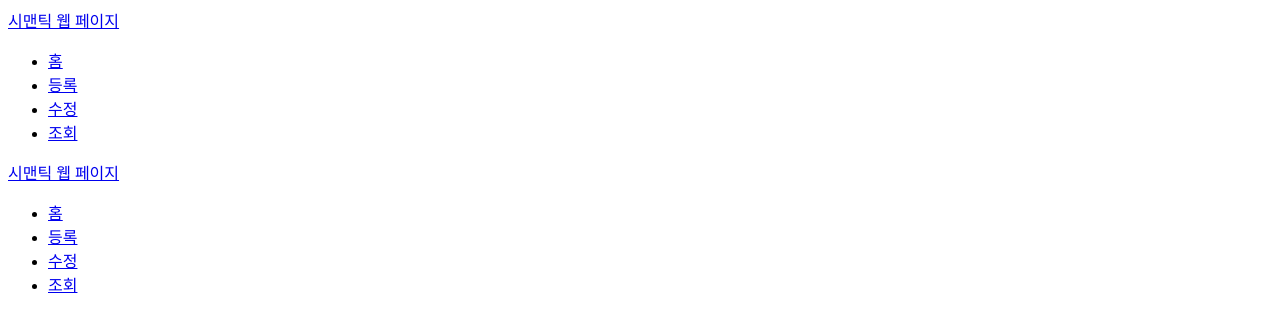
Repository: balhyo-younjisang/DigitechJSP
Page: http://localhost/InputPractice/list.jsp
The author's editor kept a copy of each file at every save. The page is drawn from the files as they stood at one save, then again after the next save.
The browser window is 1280 px wide. The pictures show the whole page.
The page is served by Tomcat 9. Queries for data that is not in the repository find no rows.

Above is the page before, as saved 2025-03-28 05:15:15.

After the next save:
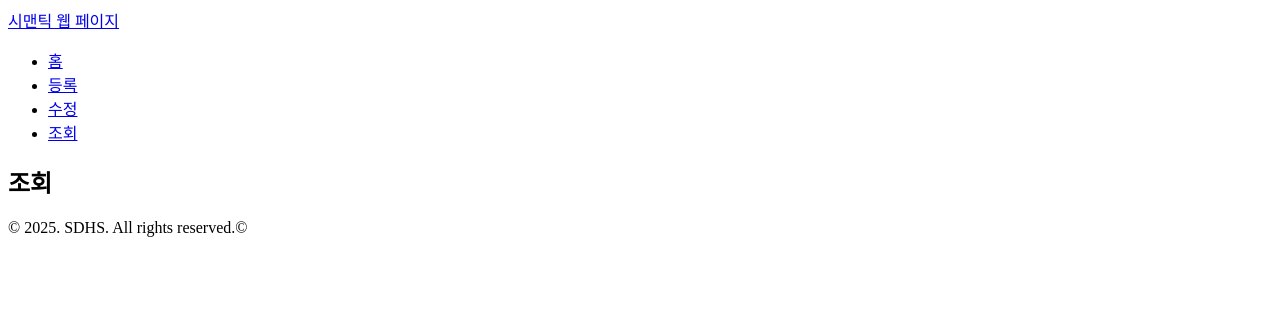
Saved 11 s later.
--- a/InputPractice/src/main/webapp/list.jsp
+++ b/InputPractice/src/main/webapp/list.jsp
@@ -18,7 +18,9 @@
 </head>
 <body>
 	<%@ include file="./component/header.jsp" %>
-
-	<%@ include file="./component/header.jsp" %>
+	<main>
+		<h2>조회</h2>
+	</main>
+	<%@ include file="./component/footer.jsp" %>
 </body>
 </html>
